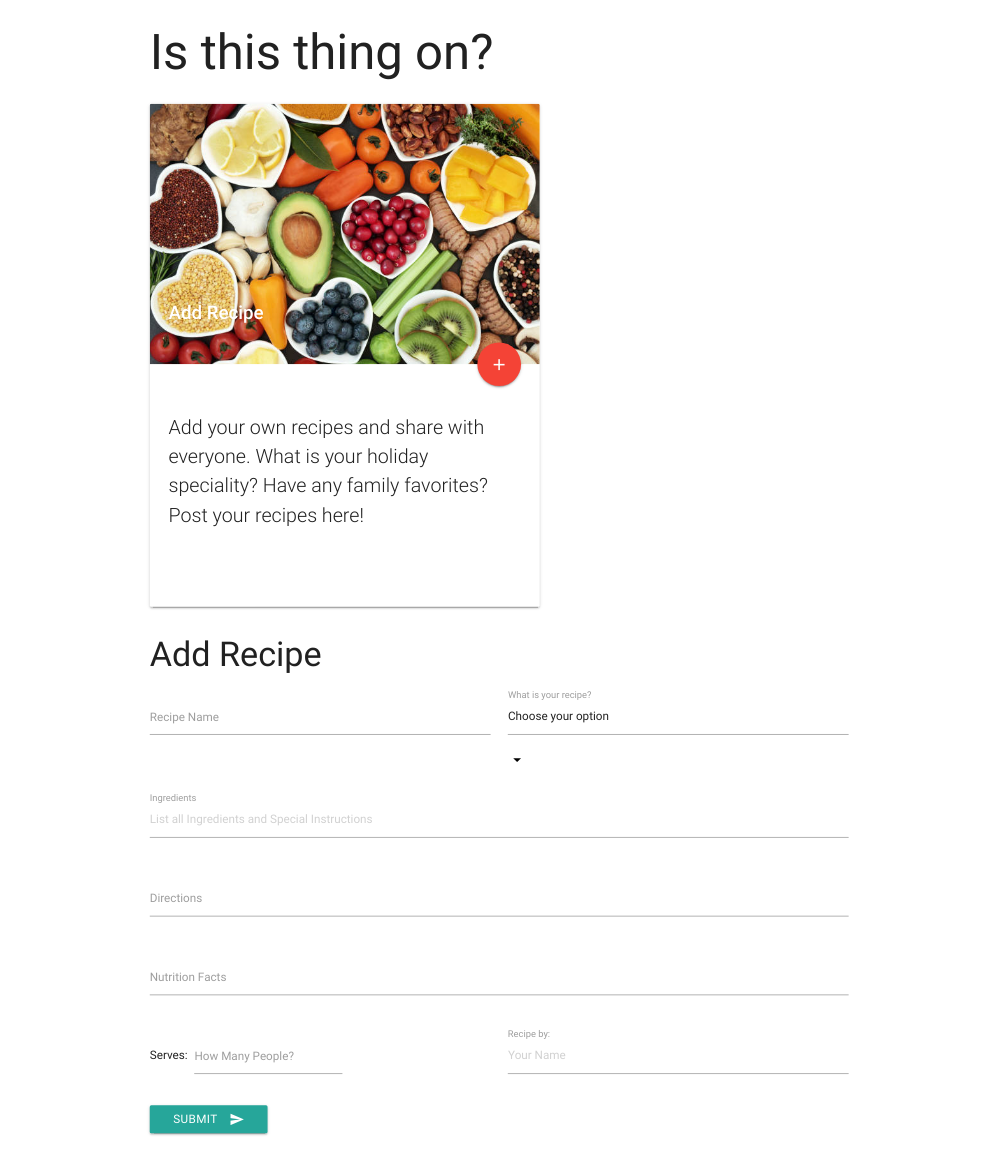
Repository: callendera/MilestoneProject3
Page: templates/recipes.html
The author's editor kept a record of every edit. The page is drawn from the files as they stood at one moment, then again after the next edit.
The browser window is 1280 px wide. The pictures show the whole page, at 78% of full size.
The page is served by the project's application, run on Flask 3 (recipe.py). The template is opened directly, without the code that normally fills it, so the values that code supplies are empty.

Above is the page before.

### templates/recipes.html
{% extends 'base.html' %} {% block content %}

<div class="row flow-text">
    <div class="col s12 m6">
        <div class="card add-recipe-card-height-width">
            <div class="card-image">
                <img src="static/images/food.jpg">
                <span class="card-title"><p><strong>Add Recipe</strong></p></span>
                <a class="btn-floating btn-large halfway-fab waves-effect waves-light red"><i class="material-icons">add</i></a>
            </div>
            <div class="card-content">
                <p>
                    </br>
                    Add your own recipes and share with everyone. What is your holiday speciality? Have any family favorites? Post your recipes here!</p>
            </div>
        </div>
    </div>



    {% for recipes in from_scratch %}
    <div class="col sm12 m12 l6  my-flow-text">
        <div class="card card-height-width">
            <div class="card-image">
                <img src="static/images/food.jpg">
                <span class="card-title"><p>
                            <strong>{{recipes.recipe_name}}</strong>
                        </p></span>
            </div>
            <div class="card-content">
                <p>
                    Serves: {{recipes.serves}}
                </p>
                <ul class="collapsible">
                    <li>
                        <div class="collapsible-header"><i class="material-icons">local_dining</i>Ingredients</div>
                        <div class="collapsible-body"><span>
                     {{recipes.ingredients0}}
                </span></div>
                    </li>
                    <li>
                        <div class="collapsible-header"><i class="material-icons">list</i>Directions</div>
                        <div class="collapsible-body"><span>
                        {{recipes.directions0}}
                </span></div>
                    </li>
                    <li>
                        <div class="collapsible-header"><i class="material-icons">fitness_center</i>Nutrition</div>
                        <div class="collapsible-body"><span>
                    {{recipes.nutrition0}}
                </span></div>
                    </li>

                </ul>
            </div>

        </div>

    </div>
    {% endfor %}
</div>


<h3>Add Recipe</h3>
<div class="row">
    <form class="col s12" action="" method='GET' , 'POST'>
        <div class="row">
            <div class="input-field col s6">
                <input id="recipe_name" name="recipe_name" type="text" class="validate">
                <label for="recipe_name">Recipe Name</label>
            </div>

            <div class="input-field col s6">
                <select id="recipe_type" name="recipe_type">
                  <option value="" disabled selected>Choose your option</option>
                  <option name="recipe_type" value="1">Vegetarian</option>
                  <option  name="recipe_type" value="2">Chicken</option>
                  <option  name="recipe_type" value="3">Beef</option>
                  <option  name="recipe_type" value="3">Vegan</option>
                  <option  name="recipe_type" value="3">Fish</option>
                  <option  name="recipe_type" value="3">Pork</option>
                </select>
                <label>What is your recipe?</label>
            </div>
        </div>
        <div class="row">
            <div class="input-field col s12">
                <input placeholder="List all Ingredients and Special Instructions" name="ingredients0" id="ingredients0" type="text" class="validate">
                <label for="ingredients0">Ingredients</label>
            </div>
        </div>
        <div class="row">
            <div class="input-field col s12">
                <input id="directions0" name="directions0" type="text" class="validate">
                <label for="directions0">Directions</label>
            </div>
        </div>
        <div class="row">
            <div class="input-field col s12">
                <input id="nutrition0" name="nutrition0" type="text" class="validate">
                <label for="nutrition0">Nutrition Facts</label>
            </div>
        </div>
        <div class="row">
            <div class="col s6">
                Serves:
                <div class="input-field inline">
                    <input id="serves" name="serves" type="number" class="validate">
                    <label for="serves">How Many People? </label>

                </div>
            </div>
            <div class="input-field col s6">
                <input placeholder="Your Name" id="recipe_name" name="recipe_name" type="text" class="validate">
                <label for="recipe_name">Recipe by:</label>
            </div>
        </div>
        <button class="btn waves-effect waves-light" type="submit" name="action">Submit
            <i class="material-icons right">send</i>
         </button>
    </form>
    {% endblock %}

### templates/base.html
<!DOCTYPE html>
<html>

<head>
    <link href="https://fonts.googleapis.com/icon?family=Material+Icons" rel="stylesheet">
    <!--link for Icons in Materialize-->

    <!--JQuery needs to be active before Materialize can render its' data-->
    <link rel="stylesheet" href="https://cdnjs.cloudflare.com/ajax/libs/materialize/0.100.2/css/materialize.min.css">
    <link rel="stylesheet" href="{{url_for('static',filename='css/style.css')}}" type="text/css" />
</head>

<body>
    <div class="container">
    <h1>Is this thing on?</h1>
    {% block content %}
    <!--contains any content needed for each page, this give a template for such-->
    {% endblock %}
    </div>
    <script src="https://cdnjs.cloudflare.com/ajax/libs/jquery/3.4.1/jquery.min.js" integrity="sha256-CSXorXvZcTkaix6Yvo6HppcZGetbYMGWSFlBw8HfCJo=" crossorigin="anonymous"></script>
    <script src="https://cdnjs.cloudflare.com/ajax/libs/materialize/1.0.0/js/materialize.min.js"></script>
    <!-- Script to use Materialize functionality-->
    <script type="text/javascript">
        $(document).ready(function() {
            $('select').formSelect();
        });
    </script>
    <script type="text/javascript">
        $(document).ready(function(){
            $('.collapsible').collapsible();
        });
    </script>
    <!-- script for the collapsibles-->
</body>

</html>

### recipe.py
import os
from flask import Flask, render_template, redirect, request, url_for
from flask_pymongo import PyMongo
from bson.objectid import ObjectId
#sets up application for use with PyMongo, Flask

app = Flask(__name__)
app.config["MONGO_DBNAME"] = 'from_scratch'
#creates link between Database and application
app.config["MONGO_URI"] = os.getenv("MONGO_URI")

#creates application to be tested

mongo = PyMongo(app)

@app.route('/')

@app.route('/get_recipes')
#Display text as proof of concept
def get_recipes():
    from_scratch = mongo.db.recipes.find()
    return render_template( "recipes.html", from_scratch=from_scratch)

@app.route('/add_recipes')
def add_recipes():
    from_scratch = mongo.db.recipes.find()
    return render_template( "recipes.html")

@app.route('/insert_recipe', methods=['GET','POST'])
def insert_recipe():
    from_scratch = mongo.db.recipes
    from_scratch.insert_one(request.form.to_dict())
    return redirect(url_for('get_recipes'))

if __name__ == '__main__':
    app.run(host=os.environ.get('IP'),
            port=int(os.environ.get('PORT')),
            debug=True)
#So they know how and where to run application

### static/css/style.css
.card-height-width, .add-recipe-card-height-width {
    width: 500px;
}

.add-recipe-card-height-width {
    height: 645px;
}

After the next edit:
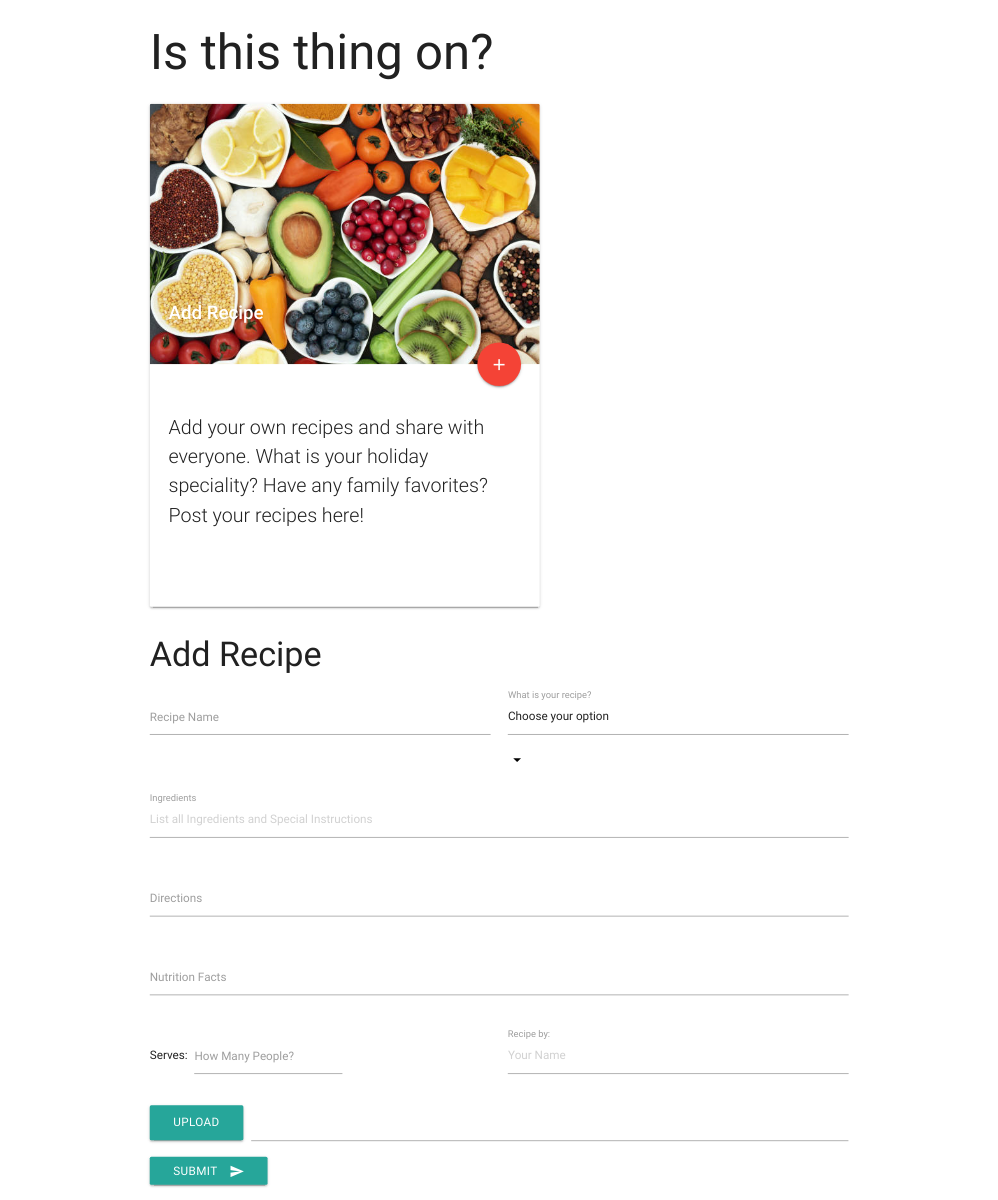
The edit:
--- a/templates/recipes.html
+++ b/templates/recipes.html
@@ -115,6 +115,15 @@
                 <label for="recipe_name">Recipe by:</label>
             </div>
         </div>
+        <div class="file-field input-field">
+      <div class="btn">
+        <span>Upload</span>
+        <input type="file">
+      </div>
+      <div class="file-path-wrapper">
+        <input class="file-path validate" type="text">
+      </div>
+    </div>
         <button class="btn waves-effect waves-light" type="submit" name="action">Submit
             <i class="material-icons right">send</i>
          </button>
